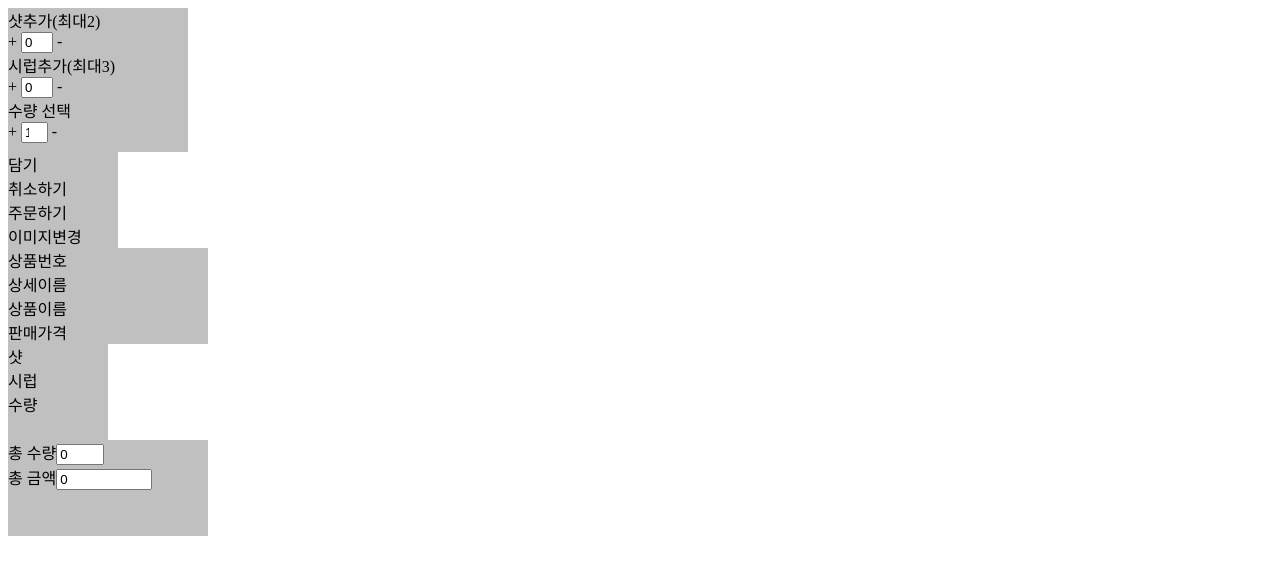
Repository: DevJoeYC/Metabukcs
Page: metabucks/WebContent/PROTO2/product/option.html
The author's editor kept a copy of each file at every save. The page is drawn from the files as they stood at one save, then again after the next save.
The browser window is 1280 px wide. The pictures show the whole page.

Above is the page before, as saved 2022-05-26 09:13:16.

### metabucks/WebContent/PROTO2/product/option.html
<div style="width: 180px; height:9rem; background-color:silver;" class="left">
샷추가(최대2)<br>
<span class="plus" onclick="setInputNumber(this,0,2)">+</span>
<input type="number" value="0" min="0" max="2" style="width:2rem;" class="option" id="opt1">
<span class="minus" onclick="setInputNumber(this,0,2)">-</span>
<br>시럽추가(최대3)<br>
<span class="plus" onclick="setInputNumber(this,0,3)">+</span>
<input type="number" value="0" min="0" max="3" style="width:2rem;" class="option" id="opt2">
<span class="minus" onclick="setInputNumber(this,0,3)">-</span>
<br>수량 선택<br>
<span class="plus" onclick="setInputNumber(this,1,10)">+</span>
<input type="number" value="1" min="0" style="width:2em;" class="option" id="opt3">
<span class="minus" onclick="setInputNumber(this,1,10)">-</span>
</div>

<div style="width: 110px; height:6rem; background-color:silver;" class="left">
<div class="btn" onclick="putItemIntoCart();clearOption();">담기</div>
<div class="btn" onclick="clearCart();">취소하기</div>
<div class="btn" onclick="order();">주문하기</div>
<div class="btn" onclick="UpdateIMG();">이미지변경</div>
</div>

<div style="width: 200px; height:6rem; background-color:silver;" class="left">
상품번호<span id="pro_no"></span><br>
상세이름<span id="pro_name"></span><br>
상품이름<span id="div_name"></span><br>
판매가격<span id="sel_price"></span><br>
</div>

<div style="width: 100px; height:6rem; background-color:silver;" class="left">
샷<span id="sel_opt1"></span><br>
시럽<span id="sel_opt2"></span><br>
수량<span id="sel_opt3"></span><br>
</div>

<div style="width: 200px; height:6rem; background-color:silver;" class="left">
<div class="cart" id="totalCount">총 수량<input type="number" value="0" id="count" style="width:3rem;" readonly></div>
<div class="cart" id="totalPrice">총 금액<input type="number" value="0" id="price" style="width:6rem;" readonly></div>
<div style="width:100px; height:1.5rem; background-color:silver;" id="order_no_list"></div>
</div>

After the next save:
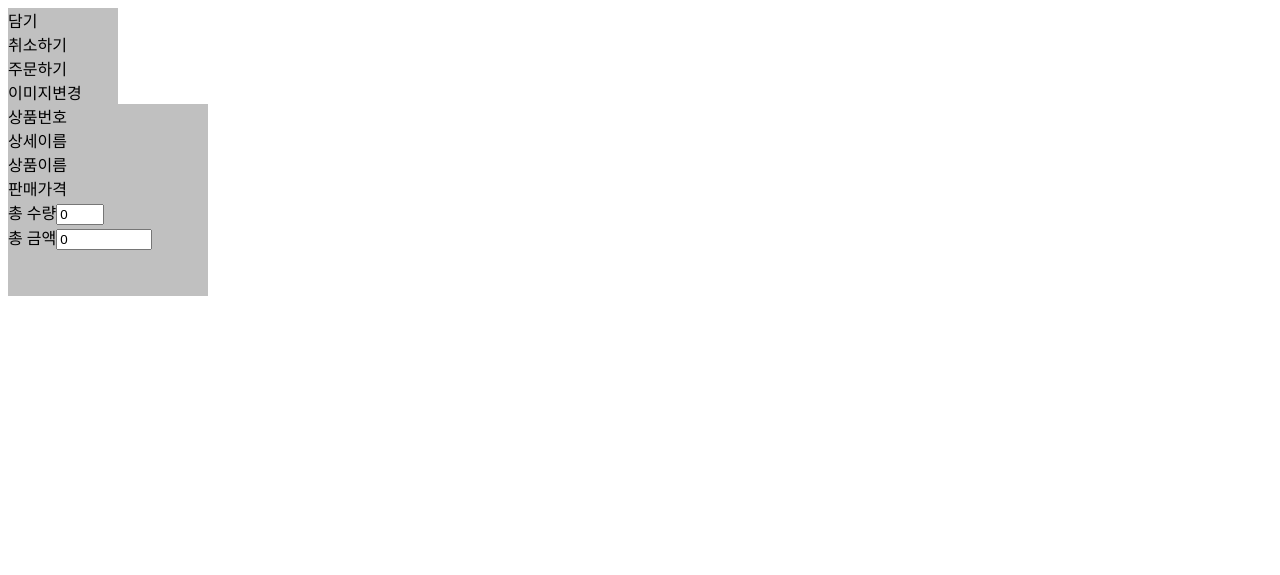
Saved 52 s later.
--- a/metabucks/WebContent/PROTO2/product/option.html
+++ b/metabucks/WebContent/PROTO2/product/option.html
@@ -1,18 +1,3 @@
-<div style="width: 180px; height:9rem; background-color:silver;" class="left">
-샷추가(최대2)<br>
-<span class="plus" onclick="setInputNumber(this,0,2)">+</span>
-<input type="number" value="0" min="0" max="2" style="width:2rem;" class="option" id="opt1">
-<span class="minus" onclick="setInputNumber(this,0,2)">-</span>
-<br>시럽추가(최대3)<br>
-<span class="plus" onclick="setInputNumber(this,0,3)">+</span>
-<input type="number" value="0" min="0" max="3" style="width:2rem;" class="option" id="opt2">
-<span class="minus" onclick="setInputNumber(this,0,3)">-</span>
-<br>수량 선택<br>
-<span class="plus" onclick="setInputNumber(this,1,10)">+</span>
-<input type="number" value="1" min="0" style="width:2em;" class="option" id="opt3">
-<span class="minus" onclick="setInputNumber(this,1,10)">-</span>
-</div>
-
 <div style="width: 110px; height:6rem; background-color:silver;" class="left">
 <div class="btn" onclick="putItemIntoCart();clearOption();">담기</div>
 <div class="btn" onclick="clearCart();">취소하기</div>
@@ -27,12 +12,6 @@
 판매가격<span id="sel_price"></span><br>
 </div>
 
-<div style="width: 100px; height:6rem; background-color:silver;" class="left">
-샷<span id="sel_opt1"></span><br>
-시럽<span id="sel_opt2"></span><br>
-수량<span id="sel_opt3"></span><br>
-</div>
-
 <div style="width: 200px; height:6rem; background-color:silver;" class="left">
 <div class="cart" id="totalCount">총 수량<input type="number" value="0" id="count" style="width:3rem;" readonly></div>
 <div class="cart" id="totalPrice">총 금액<input type="number" value="0" id="price" style="width:6rem;" readonly></div>

After the save that followed:
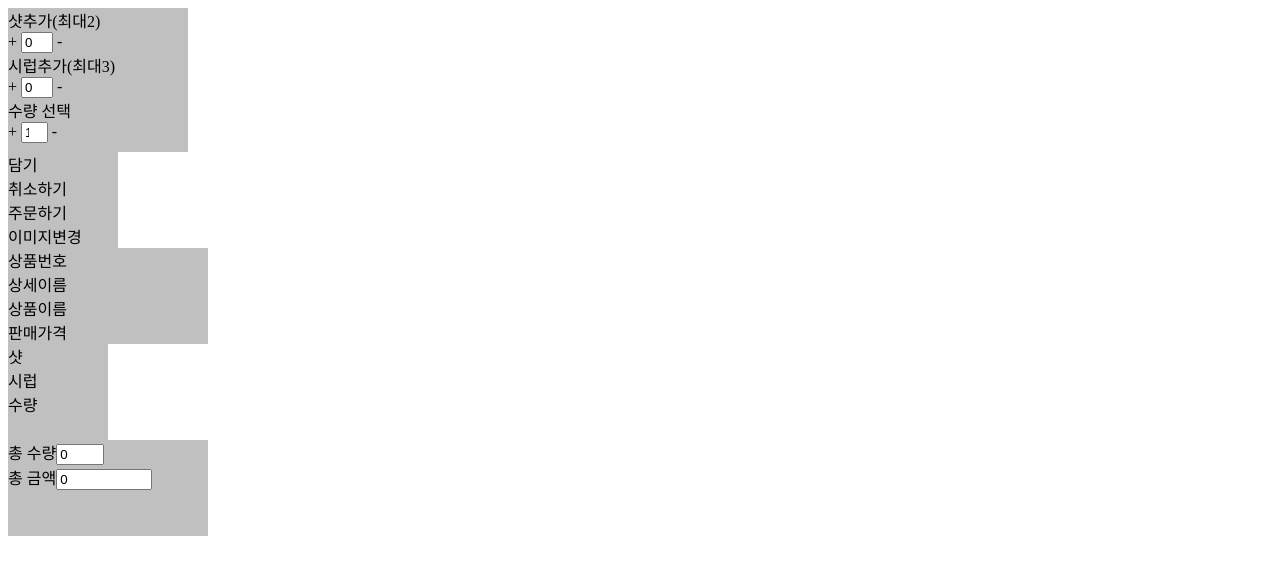
Saved 8 s later.
--- a/metabucks/WebContent/PROTO2/product/option.html
+++ b/metabucks/WebContent/PROTO2/product/option.html
@@ -1,3 +1,18 @@
+<div style="width: 180px; height:9rem; background-color:silver;" class="left">
+샷추가(최대2)<br>
+<span class="plus" onclick="setInputNumber(this,0,2)">+</span>
+<input type="number" value="0" min="0" max="2" style="width:2rem;" class="option" id="opt1">
+<span class="minus" onclick="setInputNumber(this,0,2)">-</span>
+<br>시럽추가(최대3)<br>
+<span class="plus" onclick="setInputNumber(this,0,3)">+</span>
+<input type="number" value="0" min="0" max="3" style="width:2rem;" class="option" id="opt2">
+<span class="minus" onclick="setInputNumber(this,0,3)">-</span>
+<br>수량 선택<br>
+<span class="plus" onclick="setInputNumber(this,1,10)">+</span>
+<input type="number" value="1" min="0" style="width:2em;" class="option" id="opt3">
+<span class="minus" onclick="setInputNumber(this,1,10)">-</span>
+</div>
+
 <div style="width: 110px; height:6rem; background-color:silver;" class="left">
 <div class="btn" onclick="putItemIntoCart();clearOption();">담기</div>
 <div class="btn" onclick="clearCart();">취소하기</div>
@@ -12,6 +27,12 @@
 판매가격<span id="sel_price"></span><br>
 </div>
 
+<div style="width: 100px; height:6rem; background-color:silver;" class="left">
+샷<span id="sel_opt1"></span><br>
+시럽<span id="sel_opt2"></span><br>
+수량<span id="sel_opt3"></span><br>
+</div>
+
 <div style="width: 200px; height:6rem; background-color:silver;" class="left">
 <div class="cart" id="totalCount">총 수량<input type="number" value="0" id="count" style="width:3rem;" readonly></div>
 <div class="cart" id="totalPrice">총 금액<input type="number" value="0" id="price" style="width:6rem;" readonly></div>
